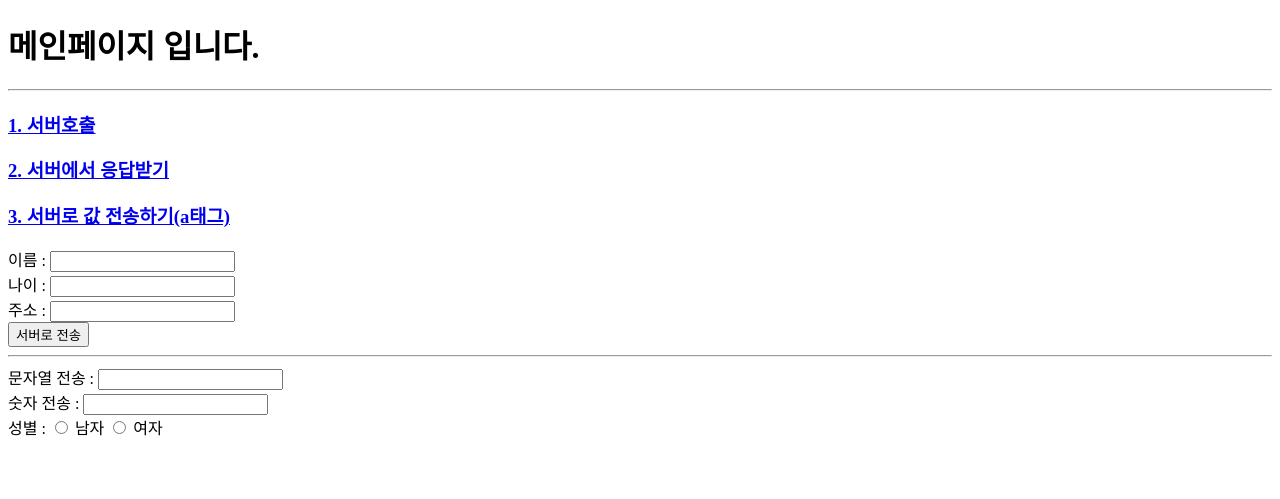
Repository: JWbase/Web_JAVA
Page: web-workspace/02_noDbProject/src/main/webapp/index.html
An editor plug-in stored every save of this project. The page is shown before and after the next save, followed by the edit.
The browser window is 1280 px wide. The pictures show the whole page.

Above is the page before, as saved 2022-08-29 07:45:07.

### web-workspace/02_noDbProject/src/main/webapp/index.html
<!DOCTYPE html>
<html>
<head>
<meta charset="UTF-8">
<title>Insert title here</title>
</head>
<body>
	<h1>메인페이지 입니다.</h1>
	<hr>
	<h3>
		<a href="/requestServer.do">1. 서버호출</a>
	</h3>
	<h3>
		<a href="/responseTest.do">2. 서버에서 응답받기</a>
	</h3>
	<h3>
		<a href="/sendData1.do?name=이정우&test=abc">3. 서버로 값 전송하기(a태그)</a>
	</h3>
	<form action="/sendData2.do" method="post">
		이름 : <input type="text" name="name"><br> 나이 : <input
			type="text" name="age"><br> 주소 : <input type="text"
			name="addr"><br> <input type="submit" value="서버로 전송">
	</form>
	<hr>
	<form action="/sendData3.do" method="post">
		문자열 전송 : <input type="text" name="str"><br> 숫자 전송 : <input
			type="text" name="num"><br> 성별 : <input type="radio"
			name="gender" value="남" id="m"> <label for="m">남자</label> <input
			type="radio" name="gender" value="여" id="f"> <label for="f">여자</label>
	</form>
</body>
</html>

After the next save:
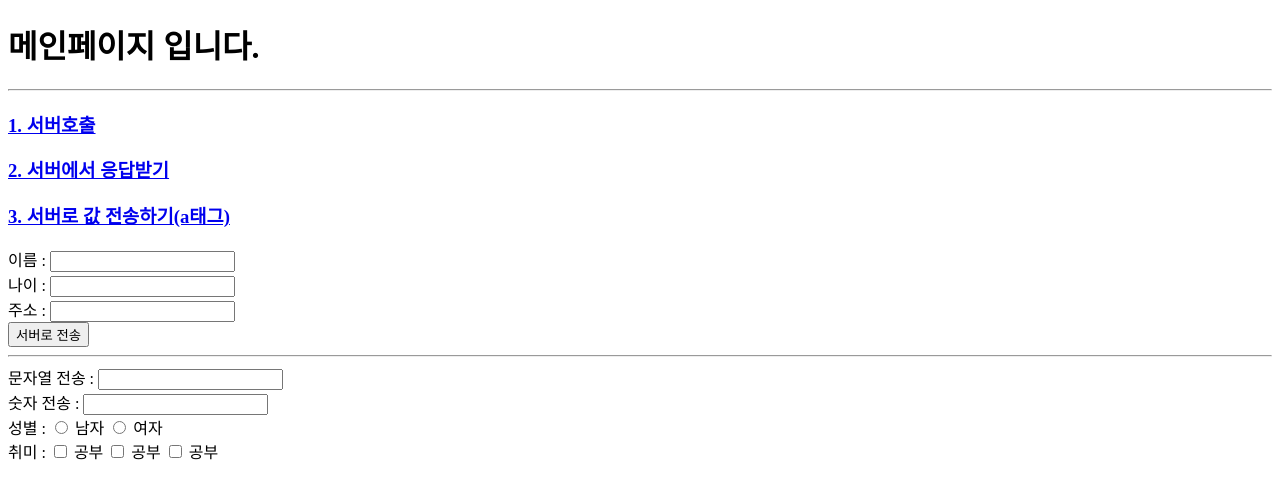
Saved 2 min 6 s later.
--- a/web-workspace/02_noDbProject/src/main/webapp/index.html
+++ b/web-workspace/02_noDbProject/src/main/webapp/index.html
@@ -27,6 +27,14 @@
 			type="text" name="num"><br> 성별 : <input type="radio"
 			name="gender" value="남" id="m"> <label for="m">남자</label> <input
 			type="radio" name="gender" value="여" id="f"> <label for="f">여자</label>
+			<br>
+			취미 :
+				<input type="checkbox" name="hobby" value="공부" id="study">
+				<label for="study">공부</label>
+				<input type="checkbox" name="hobby" value="독서" id="book">
+				<label for="book">공부</label>
+				<input type="checkbox" name="hobby" value="공부" id="study">
+				<label for="study">공부</label>
 	</form>
 </body>
 </html>
